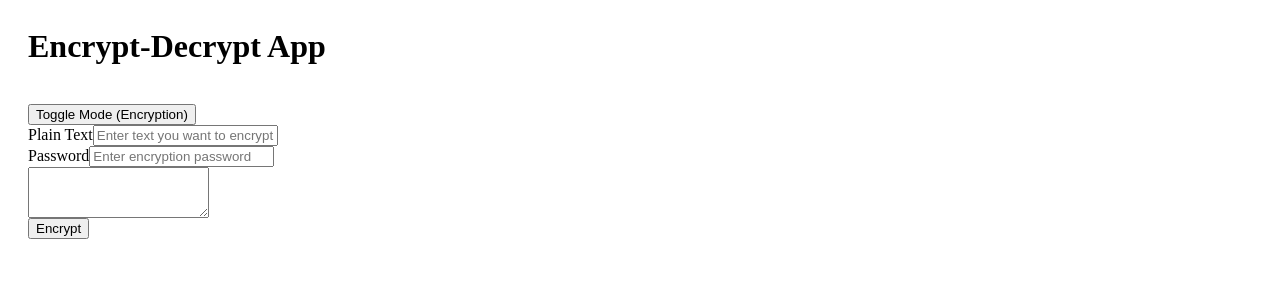
Repository: beardbytes/EncDecrypt
Page: / (app in EncryptDecrypt/)
An editor plug-in stored every save of this project. The page is shown before and after the next save, followed by the edit.
The browser window is 1280 px wide. The pictures show the whole page.
The project was rebuilt for these pictures with package versions that can differ from the ones it lists, and the page was loaded fresh each time. Also part of the build but not shown: EncryptDecrypt/angular.json.

Above is the page before, as saved 2020-08-15 15:29:16.

After the next save:
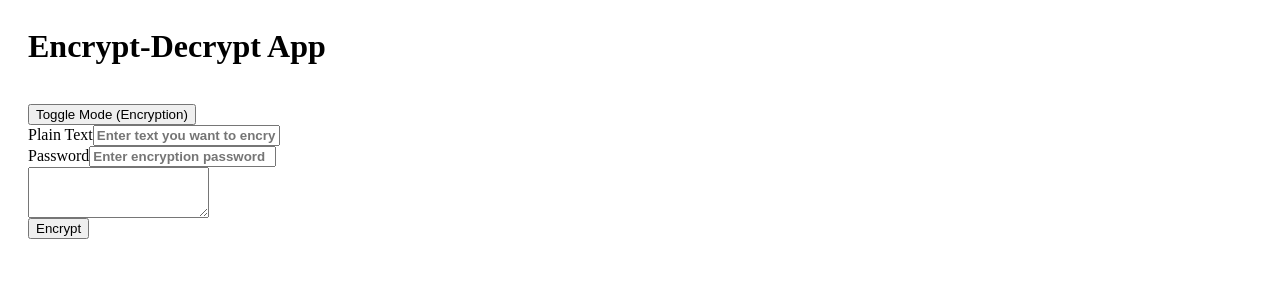
Saved 4 min 37 s later.
--- a/EncryptDecrypt/src/styles.css
+++ b/EncryptDecrypt/src/styles.css
@@ -2,5 +2,35 @@
 body{
     padding: 20px;
   }
+  /* You can add global styles to this file, and also import other style files */
+.form-group>input{
+  font-weight: bolder;
+}
+.form-group>label{
+  font-weight: lighter;
+}
 
+button[type="submit"]{
+  background-color: #67dfd4;
+  color: #fff;
+
+}
+.jumbotron{
+  background-color: #fff;
+  padding-top: 32px;
+}
+
+table tr:hover{
+  cursor: pointer;
+}
+
+input.ng-touched.ng-invalid{
+  border-color: #dc3545;
+}
+div.validation-error{
+  width: 100%;
+  margin-top: .25rem;
+  font-size: 80%;
+  color: #dc3545;
+}
   @import '~bootstrap/dist/css/bootstrap.min.css';
